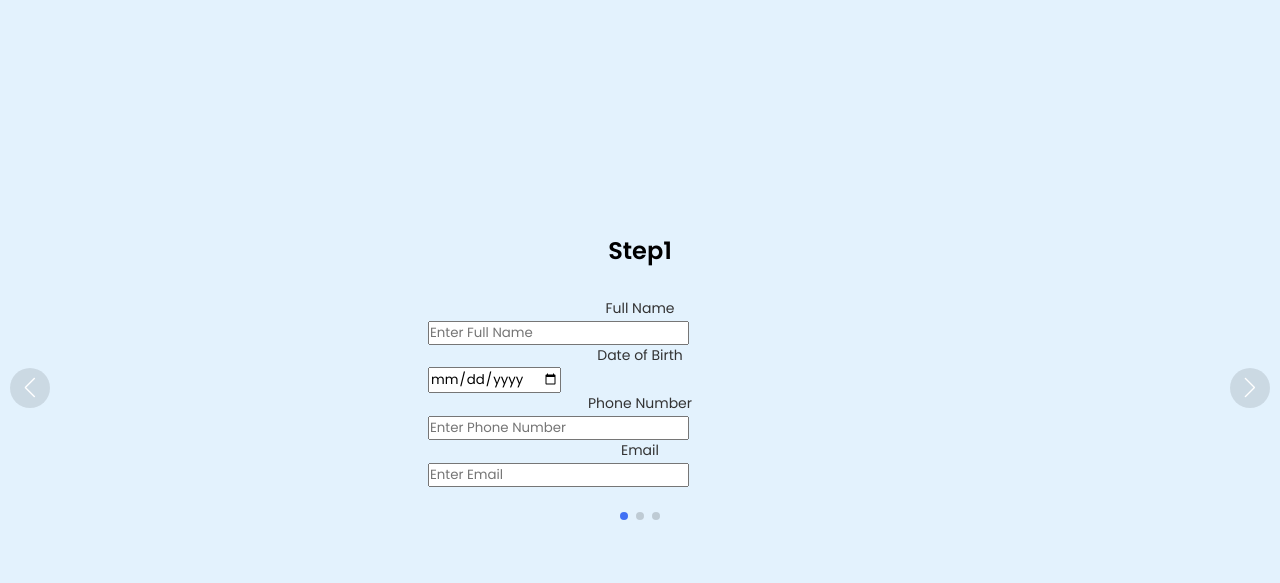
Repository: Habeebur1493/-22-multi-step-form
Page: index.html
These files come from the project's save history. The page is drawn as it stood at one moment and after the next save; the edit follows.
The browser window is 1280 px wide. The pictures show the whole page.

Above is the page before, as saved 2024-10-13 12:45:08.

After the next save:
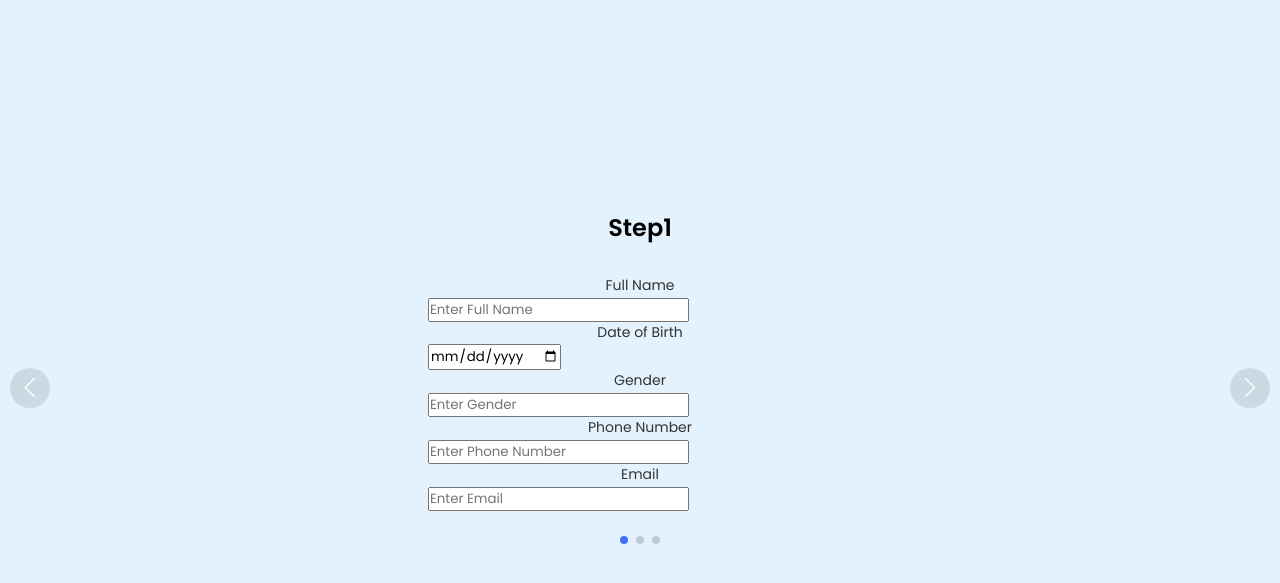
Saved 40 s later.
--- a/index.html
+++ b/index.html
@@ -30,6 +30,9 @@
               <br>
               <p>Date of Birth</p>
               <input type="date" placeholder="Date of Birth" />
+              <br>
+              <p>Gender</p>
+              <input type="text" placeholder="Enter Gender" />
               <br>
               <p>Phone Number</p>
               <input type="number" placeholder="Enter Phone Number" />
